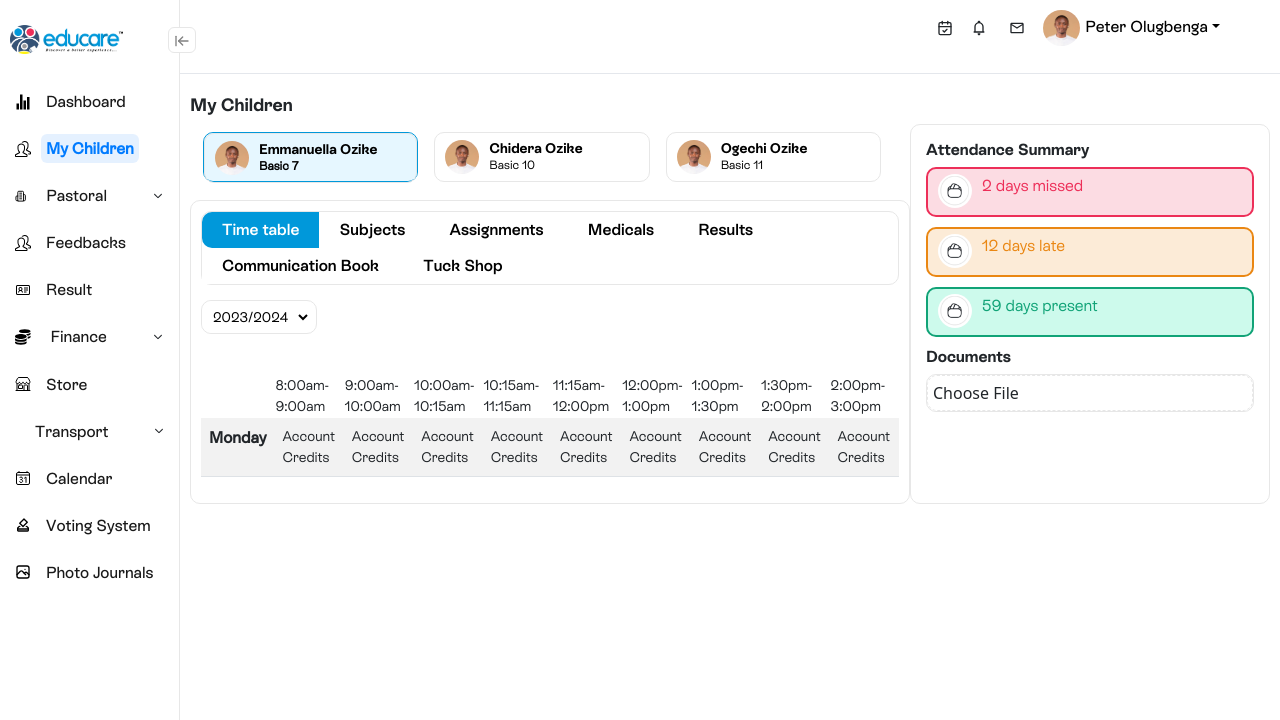
Repository: sarahnnanyelugo/educare-dashboards
Page: /my-children
An editor plug-in stored every save of this project. The page is shown before and after the next save, followed by the edit.
The browser window is 1280 px wide. The pictures show the whole page.
The project was rebuilt for these pictures with package versions that can differ from the ones it lists, and the page was loaded fresh each time. Also part of the build but not shown: src/Dashboards/Parents/MainView/main-view.scss, src/components/News/news.scss, src/components/News/News.js, src/TestData/newsData.js, src/TestData/schEvents.js, src/components/ResultChart/ResultChart.js, src/components/Calender/calender.scss, src/components/Calender/Calender.js and 5 more.

Above is the page before, as saved 2024-10-16 08:39:08.

### src/App.js
import logo from "./logo.svg";
import "./App.scss";
import "bootstrap/dist/css/bootstrap.min.css";
import { BrowserRouter, Routes, Route, Link, Outlet } from "react-router-dom";
import { ParentsLayout } from "./Layouts/ParentsLayout";
import { MainNews } from "./pages/NewsPage/MainNews/MainNews";
import { NewsPage } from "./pages/NewsPage/NewsPage";
function App() {
  return (
    <>
      {" "}
      <Routes>
        <Route path="/*" element={<ParentsLayout />} />{" "}
        <Route path="news-page" element={<NewsPage />} />
        <Route path="main-news/:blog_id" element={<MainNews />} />
      </Routes>
    </>
  );
}

export default App;

### src/App.scss
.App-link {
  color: #61dafb;
}

@keyframes App-logo-spin {
  from {
    transform: rotate(0deg);
  }
  to {
    transform: rotate(360deg);
  }
}
@font-face {
  font-family: rebondG;
  src: url(./assets/fonts/Rebond_font/RebondG.otf);
}
@font-face {
  font-family: rebondG-Bold;
  src: url(./assets/fonts/Rebond_font/RebondG-Bold.otf);
}
@font-face {
  font-family: rebondG-Semi-Bold;
  src: url(./assets/fonts/Rebond_font/Rebond-semibold.otf);
}
@font-face {
  font-family: rebondG-Medium;
  src: url(./assets/fonts/Rebond_font/RebondGrotesqueMedium.otf);
}
@font-face {
  font-family: rebondBook;
  src: url(./assets/fonts/Rebond_font/RebondG-Book.ttf);
}
@font-face {
  font-family: rebondLight;
  src: url(./assets/fonts/Rebond_font/RebondGLight.otf);
}
@font-face {
  font-family: rebondMI;
  src: url(./assets/fonts/Rebond_font/RebondGrotesqueMediumitalic.otf);
}
p,
small,
link {
  font-family: rebondBook;
}
h1,
h2,
h3,
h4,
h5,
h6 {
  font-family: rebondG-Bold;
}
a {
  font-family: rebondG-Medium;
  text-decoration: none !important;
}
.card {
  border: 1px solid #e7e7e7 !important;
  border-radius: 10px !important;
}
select {
  border: none;
  background: #fff;
  padding: 7px;
  border-radius: 10px;
  width: 95%;
  font-size: 14px !important;
  font-family: rebondBook !important;
}

### src/Layouts/ParentsLayout.js
import React from "react";
import { Routes, Route, Navigate } from "react-router-dom";
import { TopNav } from "../components/TopNav/TopNav";
import { MainView } from "../Dashboards/Parents/MainView/MainView";
import { MyChildren } from "../Dashboards/Parents/MyChildren/MyChildren";
import { SideNav } from "../Dashboards/SideNav/SideNav";
export const ParentsLayout = () => {
  return (
    <>
      <div className="d-md-flex">
        <div className="col-md-">
          <SideNav />
        </div>
        <div className="container-fluid" style={{ padding: "0px 0px" }}>
          <TopNav />
          <Routes>
            <Route path="/" element={<MainView />} />{" "}
            <Route path="/my-children" element={<MyChildren />} />{" "}
          </Routes>
        </div>
      </div>
    </>
  );
};

### src/components/TopNav/TopNav.js
import React from "react";
import "./top-nav.scss";
import { LuCalendarCheck } from "react-icons/lu";
import { CgBell } from "react-icons/cg";
import { MdOutlineEmail } from "react-icons/md";
import Container from "react-bootstrap/Container";
import Nav from "react-bootstrap/Nav";
import Navbar from "react-bootstrap/Navbar";
import Icon5 from "../../assets/images/peter.png";

import Dropdown from "react-bootstrap/Dropdown";

export const TopNav = () => {
  return (
    <div className="top-nav-container">
      <ul className="list-inline">
        <li className="list-inline-item">
          <LuCalendarCheck />
        </li>
        <li className="list-inline-item">
          <CgBell />
        </li>{" "}
        <li className="list-inline-item">
          <MdOutlineEmail />
        </li>
        <li className="list-inline-item">
          <div className="profile-drop">
            <Dropdown>
              <Dropdown.Toggle>
                <img src={Icon5} width="37px" />
                Peter Olugbenga
              </Dropdown.Toggle>

              <Dropdown.Menu>
                <Dropdown.Item href="/dashboard-selector">
                  My Roles
                </Dropdown.Item>
                <hr />
                <Dropdown.Item style={{ color: "#DE1E1E" }}>
                  Sign out
                </Dropdown.Item>
              </Dropdown.Menu>
            </Dropdown>
          </div>
        </li>
      </ul>
    </div>
  );
};

### src/Dashboards/Parents/MyChildren/MyChildren.js
import React, { useEffect, useState } from "react";
import { useLocation } from "react-router-dom";
import "./my-children.scss";
import {
  child1,
  child2,
  child3,
  children,
} from "../../../TestData/childrenData";
import { Children } from "./Children";
import { ActivityTab } from "./ActivityTab";
import Icon from "../../../assets/images/wallet.png";
import { FileUpload } from "../../../components/FIleUpload/FileUpload";

export const MyChildren = () => {
  const [activeTab, setActiveTab] = useState(1); // Default to first tab
  const location = useLocation(); // Get the location object

  const getTabIndexFromUrl = () => {
    const params = new URLSearchParams(location.search);
    const tab = params.get("tab");
    return tab ? parseInt(tab, 10) : 1; // Return the tab index or default to 1
  };

  useEffect(() => {
    const initialTab = getTabIndexFromUrl();
    setActiveTab(initialTab); // Set the active tab based on the URL parameter
  }, [location.search]); // Re-run when the location changes

  const handleClick2 = (index) => {
    setActiveTab(index); // Set the active tab
  };

  const checkActive = (index, className) => {
    return activeTab === index ? className : "";
  };

  return (
    <div className="my-children-view">
      <h6 style={{ fontSize: "18px", marginTop: "20px" }}>My Children</h6>
      <div className="d-md-flex">
        <div className="col-md-8 ">
          <div className="tabs col-md-12 row row-cols-1 row-cols-lg-3 g-2 g-lg-3">
            {children.map((data, index) => (
              <Children
                data={data}
                handleClick2={handleClick2}
                tabIndex={index + 1}
                key={index}
                isActive={activeTab === index + 1} // Set active based on activeTab state
                mode="tab" // This mode is for tab triggering
              />
            ))}
          </div>
          <div className="panels">
            <div className={`panel ${checkActive(1, "active2")}`}>
              <ActivityTab data={child1} />
            </div>
            <div className={`panel ${checkActive(2, "active2")}`}>
              {" "}
              <ActivityTab data={child2} />
            </div>
            <div className={`panel ${checkActive(3, "active2")}`}>
              {" "}
              <ActivityTab data={child3} />
            </div>
          </div>
        </div>
        <div className="col-md-4 card attendance-summary">
          <h6>Attendance Summary</h6>
          <div className="attendance missed d-flex">
            <img src={Icon} width="34px" height="34px" />
            <p>2 days missed</p>
          </div>{" "}
          <div className="attendance late d-flex">
            <img src={Icon} width="34px" height="34px" />
            <p>12 days late</p>
          </div>{" "}
          <div className="attendance present d-flex">
            <img src={Icon} width="34px" height="34px" />
            <p>59 days present</p>
          </div>
          <h6>Documents</h6>
          <div className="card">
            <div className="fil-upload">
              <FileUpload />
            </div>
          </div>
        </div>
      </div>
    </div>
  );
};

### src/components/TopNav/top-nav.scss
.top-nav-container {
  height: 74px;
  border-bottom: solid 1px #e4e7ec;
  //   padding-top: 20px;
  padding-right: 50px;
  ul {
    float: right;
    li {
      margin: 10px;
    }
  }
  .profile-drop {
    .btn {
      padding: 0;
      background: #fff !important;
      border: none !important;
      color: #000;
      font-family: rebondG-Medium;
      font-size: 16px;
      img {
        border-radius: 100%;
        margin-right: 5px;
      }
    }
    .dropdown-menu {
      border: solid 1px #d0d5dd;
      font-family: montM;
      box-shadow: 0px 1px 3px #1018281a;
      border: 1px solid #e4e7ec;
      border-radius: 10px;
      min-height: 150px;
      width: 230px !important;
      padding: 20px 10px;
      font-size: 14px;
      a {
        padding: 10px;
      }
      hr {
        border: solid 1px #d0d5dd;
      }
    }
  }
}

### src/TestData/childrenData.js
import Img1 from "../assets/images/peter.png";
export const children = [
  {
    name: "Emmanuella Ozike",
    img: Img1,
    class: "Basic 7",
    id: 1,
  },
  {
    name: "Chidera Ozike",
    img: Img1,
    class: "Basic 10",
    id: 1,
  },
  {
    name: "Ogechi Ozike",
    img: Img1,
    class: "Basic 11",
    id: 1,
  },
];

export const child1 = {
  data: [
    {
      id: 1,
      day: "Monday",
      period1: "Account Credits",
      period2: "Account Credits",
      period3: "Account Credits",
      period4: "Account Credits",
      period5: "Account Credits",
      period6: "Account Credits",
      period7: "Account Credits",
      period8: "Account Credits",
      period9: "Account Credits",
    },
  ],
};
export const child2 = {
  data: [
    {
      id: 1,
      day: "Monday",
      period1: "English",
      period2: "Biology",
      period4: "Account Credits",
      period5: "Account Credits",
      period6: "Account Credits",
      period7: "Account Credits",
      period8: "Account Credits",
      period9: "Account Credits",
    },
  ],
};
export const child3 = {
  data: [
    {
      id: 1,
      day: "Monday",
      period1: " Credits",
      period2: " Credits",
      period3: "Account Credits",
      period4: "Account Credits",
      period5: "Account Credits",
      period6: "Account Credits",
      period7: "Account Credits",
      period8: "Account Credits",
      period9: "Credits",
    },
  ],
};

### src/Dashboards/Parents/MyChildren/Children.js
import React, { useState } from "react";
import { Link } from "react-router-dom";
import "./my-children.scss";
export const Children = ({
  data,
  handleClick2,
  tabIndex,
  isActive,
  mode,
  linkUrl,
}) => {
  const handleClick = () => {
    if (mode === "tab" && handleClick2) {
      handleClick2(tabIndex); // Trigger the tab change only in tab mode
    } else if (mode === "link" && linkUrl) {
      window.location.href = linkUrl; // Navigate to the link in link mode
    }
  };
  return (
    <>
      <div className="col">
        <div className={isActive && mode === "tab" ? "active-component" : ""}>
          {" "}
          <div className="d-flex children-div col-md-12" onClick={handleClick}>
            <div>
              {" "}
              <img src={data.img} width="34px" height="34px" />
            </div>
            <div>
              <h6>{data.name}</h6>
              <p>{data.class}</p>
            </div>
          </div>
        </div>
      </div>
    </>
  );
};

### src/Dashboards/Parents/MyChildren/my-children.scss
.my-children-view {
  padding: 0 10px;
  .tabs {
    display: flex;
    width: 100%;
    padding: 8px 13px;
    font-family: rebondG-Bold;
  }

  .active-component {
    font-weight: bold;
    background: #e6f7ff;
    color: #fff;
    border: solid 1px #0098da;
    height: 50px;
    border-radius: 10px;
  }

  .panel {
    display: none;
    // color: #161617;
    // font-family: rebondG;
    // line-height: 40px;
    // padding-top: 65px;
    // background: #fff;
  }

  .panel.active2 {
    display: block;
  }
}

.children-div {
  height: 50px;
  padding: 7px 10px;
  margin-bottom: 10px;
  color: #000;
  border: solid 1px #e7e7e7;
  border-radius: 10px;
  &:hover {
    background: #e7e7e7;
  }
  img {
    border-radius: 100%;
    margin-right: 10px;
  }
  h6 {
    margin-bottom: 0;
    font-size: 14px;
  }
  p {
    font-size: 12px;
  }
}
.attendance-summary {
  padding: 15px;
}
.attendance {
  height: 50px;
  border-radius: 10px;
  padding: 5px 10px;
  margin-bottom: 10px;
  img {
    border-radius: 100%;
    margin-right: 10px;
  }
}
.missed {
  border: solid 2px #ed2f59;
  background: #fcdce3;
  color: #ed2f59;
}
.late {
  border: solid 2px #ea8713;
  background: #fcebd7;
  color: #ea8713;
}
.present {
  border: solid 2px #11a377;
  background: #cdfaec;
  color: #11a377;
}
.activity-tab {
  padding: 10px;
  .tabs2 {
    border: solid 1px #e7e7e7;
    border-radius: 10px;
    padding: 0px 0px;
    margin-bottom: 15px;
    button {
      background: #fff;
      border: none;
      padding: 6px 20px;
      font-family: rebondG-Semi-Bold;
    }
  }
  .edge {
    border-top-left-radius: 10px;
    border-bottom-left-radius: 10px;
  }
  .edge2 {
    border-top-right-radius: 10px;
    border-bottom-right-radius: 10px;
  }
}
.active3 {
  background: #0098da !important;
  color: #fff;
}

### src/Dashboards/Parents/MyChildren/ActivityTab.js
import React, { useState } from "react";
import Timetable from "../../../components/SampleTable/SampleTable";
import TimeTable from "../../../components/TimeTable/TimeTable";
import { child1, child2 } from "../../../TestData/childrenData";
import { subjects } from "../../../TestData/subjects";

export const ActivityTab = ({ data }) => {
  const [activeIndex, setActiveIndex] = useState(1);
  const handleClick = (index) => setActiveIndex(index);
  const checkActive = (index, className) =>
    activeIndex === index ? className : "";

  return (
    <div className="activity-tab card">
      <div className="tabs2 offset-md-">
        <button
          className={`tab2 edge ${checkActive(1, "active3")}`}
          onClick={() => handleClick(1)}
        >
          Time table
        </button>
        <button
          className={`tab2 ${checkActive(2, "active3")}`}
          onClick={() => handleClick(2)}
        >
          Subjects
        </button>{" "}
        <button
          className={`tab2 ${checkActive(3, "active3")}`}
          onClick={() => handleClick(3)}
        >
          Assignments
        </button>{" "}
        <button
          className={`tab2 ${checkActive(4, "active3")}`}
          onClick={() => handleClick(4)}
        >
          Medicals
        </button>{" "}
        <button
          className={`tab2 ${checkActive(5, "active3")}`}
          onClick={() => handleClick(5)}
        >
          Results
        </button>{" "}
        <button
          className={`tab2 ${checkActive(6, "active3")}`}
          onClick={() => handleClick(6)}
        >
          Communication Book
        </button>{" "}
        <button
          className={`tab2 edge2 ${checkActive(7, "active3")}`}
          onClick={() => handleClick(7)}
        >
          Tuck Shop
        </button>
      </div>
      <div className="panels">
        <div className={`panel ${checkActive(1, "active2")}`}>
          <div className="col-md-2 card">
            <select>
              <option>2023/2024</option>
              <option>2022/2021</option>
              <option>2021/2020</option>
            </select>
          </div>
          <TimeTable data={data} />
          {/* <Timetable /> */}
        </div>
        <div className={`panel ${checkActive(2, "active2")}`}>
          {" "}
          <ul>
            {subjects.map((item, index) => (
              <li key={index}>
                <strong>{item.subject}</strong>: {item.teacher}
              </li>
            ))}
          </ul>
        </div>
        <div className={`panel ${checkActive(3, "active2")}`}> 3</div>
        <div className={`panel ${checkActive(4, "active2")}`}> 4</div>
        <div className={`panel ${checkActive(5, "active2")}`}> 5</div>
        <div className={`panel ${checkActive(6, "active2")}`}> 6</div>
        <div className={`panel ${checkActive(7, "active2")}`}> 7</div>
      </div>
    </div>
  );
};

### src/components/FIleUpload/FileUpload.js
import React from "react";
import "./file-upload.scss";
export const FileUpload = () => {
  return (
    <>
      <div className="file-upload-div">
        <input type="file" id="actual-btn" hidden />

        <label for="actual-btn">Choose File</label>
      </div>
    </>
  );
};

### src/Dashboards/SideNav/SidebarData.js
import React from "react";
import * as FaIcons from "react-icons/fa";
import * as AiIcons from "react-icons/ai";
import * as IoIcons from "react-icons/io";

export const SidebarData = [
  {
    name: "Dashboard",
    icon: "IoStatsChartSharp",
    url: "/",
  },
  {
    name: "My Children",
    icon: "SlPeople",
    url: "/my-children",
  },
  {
    name: "Pastoral",
    icon: "LuBuilding2",
    url: "/pastoral",
    accordion: true,
    accordionContent: [
      { name: "Ministry", url: "/pastoral/ministry" },
      { name: "Sermons", url: "/pastoral/sermons" },
      { name: "Events", url: "/pastoral/events" },
    ],
  },
  {
    name: "Feedbacks",
    icon: "SlPeople",
    url: "/feedbacks",
  },
  {
    name: "Result",
    icon: "LiaIdCardSolid",
    url: "/result",
  },
  {
    name: "Finance",
    icon: "FaCoins",
    url: "/finance",
    accordion: true,
    accordionContent: [
      { name: "Donations", url: "/finance/donations" },
      { name: "Expenses", url: "/finance/expenses" },
      { name: "Reports", url: "/finance/reports" },
    ],
  },
  {
    name: "Store",
    icon: "IoStorefrontOutline",
    url: "/store",
  },
  {
    name: "Transport ",
    icon: "MdOutlineEmojiTransportation",
    url: "/transport",
    accordion: true,
    accordionContent: [
      { name: "Bus Routes", url: "/transport/routes" },
      { name: "Schedules", url: "/transport/schedules" },
      { name: "Ticketing", url: "/transport/ticketing" },
    ],
  },
  {
    name: "Calendar",
    icon: "IoCalendarNumberOutline",
    url: "/calendar",
  },
  {
    name: "Voting System",
    icon: "MdOutlineHowToVote",
    url: "/voting",
  },
  {
    name: "Photo Journals",
    icon: "TbPhoto",
    url: "/photo-journals",
  },
];

### src/Dashboards/SideNav/side-nav.scss
.side-nav-div {
  background: #fff;
  .nav-inner {
    padding: 25px 5px 5px 10px;
    display: flex;
    align-items: center;
  }
  border-right: 1px solid #e7e7e7;
  a {
    color: #191919;
    font-size: 16px;
    padding: 5px 5px 5px 5px;

    border-radius: 6px;
  }
  ul {
    // background: red;
    li {
      margin: 22px 15px !important;
      &:hover {
        background: #e7e7e7;
        border-radius: 6px;
      }
    }
  }
  .accordion-button {
    padding: 3px 0 3px 5px !important;
    margin-left: 0 !important;
    font-size: 16px;
    font-family: rebondG-Medium;
    font-weight: normal !important;
    &:hover {
      background: red;
    }
    // background: red !important;
  }
  .accordion-body {
    border-left: 1px solid #e7e7e7;
    margin-top: 20px;
  }
  .accordion-button:not(.collapsed) {
    border-bottom: 0 !important;
  }
  .accordion-button::after {
    display: none;
    // width: 10px;
    // height: 10px;
  }
  .accordion-item {
    border: none !important;
  }
  .active-link {
    color: #007bff; /* Change to your desired active link color */
    font-weight: bold; /* Optional: make the text bold */
    background-color: rgba(
      0,
      123,
      255,
      0.1
    ); /* Optional: add a background color */
  }
}

### src/components/TimeTable/TimeTable.js
import React, { useState, useEffect } from "react";
import "./time-table.scss";
import Table from "react-bootstrap/Table";
import { Link } from "react-router-dom";

const TimeTable = (props) => {
  return (
    <>
      <div className="time-table-container">
        <Table className="col-md-12 col-12" striped responsive>
          <tr>
            <td></td>
            <td>8:00am-9:00am</td>
            <td>9:00am-10:00am</td>
            <td>10:00am-10:15am</td>
            <td>10:15am-11:15am</td>
            <td>11:15am-12:00pm</td>
            <td>12:00pm-1:00pm</td>
            <td>1:00pm-1:30pm</td>
            <td>1:30pm-2:00pm</td>
            <td>2:00pm-3:00pm</td>
          </tr>

          <tbody>
            {props.data.data.map((item, index) => (
              <tr>
                <th>{item.day}</th>
                <td>{item.period1}</td>
                <td>{item.period2}</td>
                <td>{item.period3}</td>
                <td>{item.period4}</td>
                <td>{item.period5}</td>
                <td>{item.period6}</td>
                <td>{item.period7}</td>
                <td>{item.period8}</td>
                <td>{item.period9}</td>
              </tr>
            ))}
          </tbody>
        </Table>
      </div>
    </>
  );
};
export default TimeTable;

### src/TestData/subjects.js
export const subjects = [
  {
    subject: "Mathematics",
    teacher: "Mr. John",
  },
  {
    subject: "English",
    teacher: "Ms. Jane",
  },
  {
    subject: "Biology",
    teacher: "Dr. Smith",
  },
];

### src/components/FIleUpload/file-upload.scss
.file-upload-div {
  border: dashed 1px #e7e7e7;
  border-radius: 10px;
  padding: 5px;
}

### src/components/TimeTable/time-table.scss
.time-table-container {
  padding-top: 40px;
  tr {
    td {
      font-family: rebondBook;
      font-size: 14px;
    }
    th {
      font-family: rebondG-Medium;
    }
  }
}

Loaded but not shown: public/index.html (common file); src/index.js (common file); src/index.css (common file); src/reportWebVitals.js (common file); src/Dashboards/SideNav/SideNav.js (193 lines, source omitted)

After the next save:
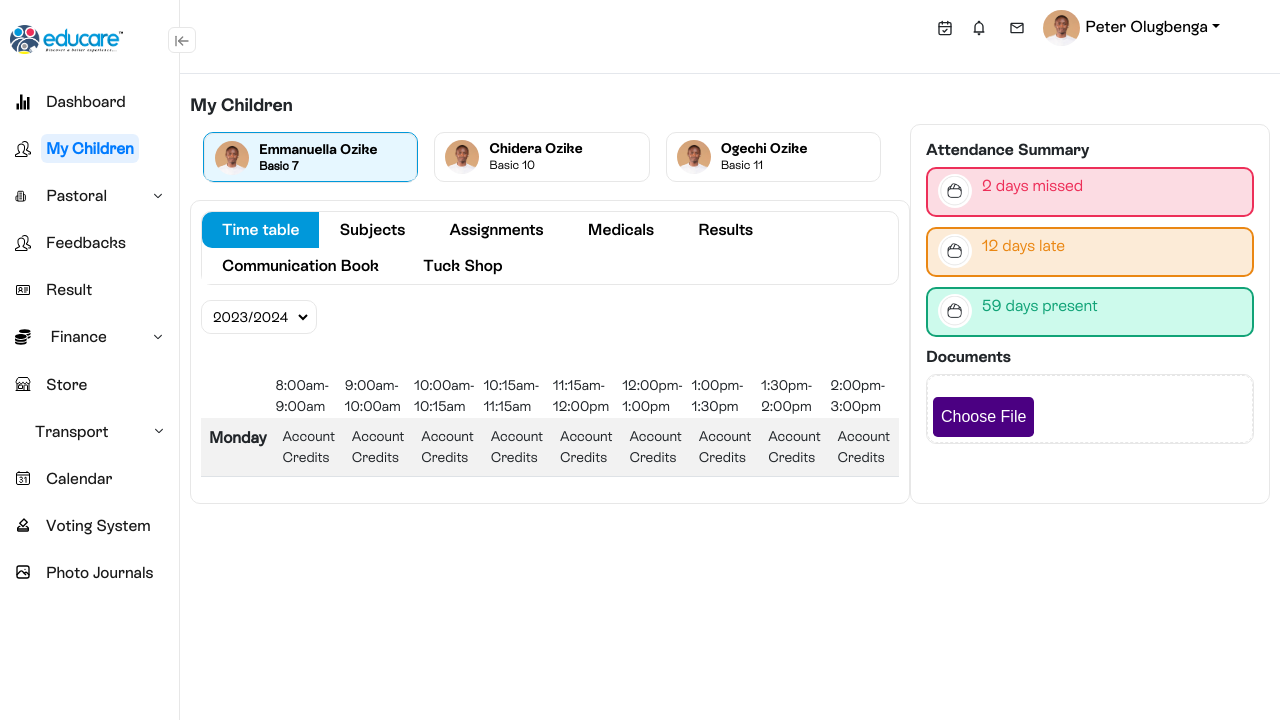
Saved 10 s later.
--- a/src/components/FIleUpload/file-upload.scss
+++ b/src/components/FIleUpload/file-upload.scss
@@ -2,4 +2,13 @@
   border: dashed 1px #e7e7e7;
   border-radius: 10px;
   padding: 5px;
+  label {
+    background-color: indigo;
+    color: white;
+    padding: 0.5rem;
+    font-family: sans-serif;
+    border-radius: 0.3rem;
+    cursor: pointer;
+    margin-top: 1rem;
+  }
 }
